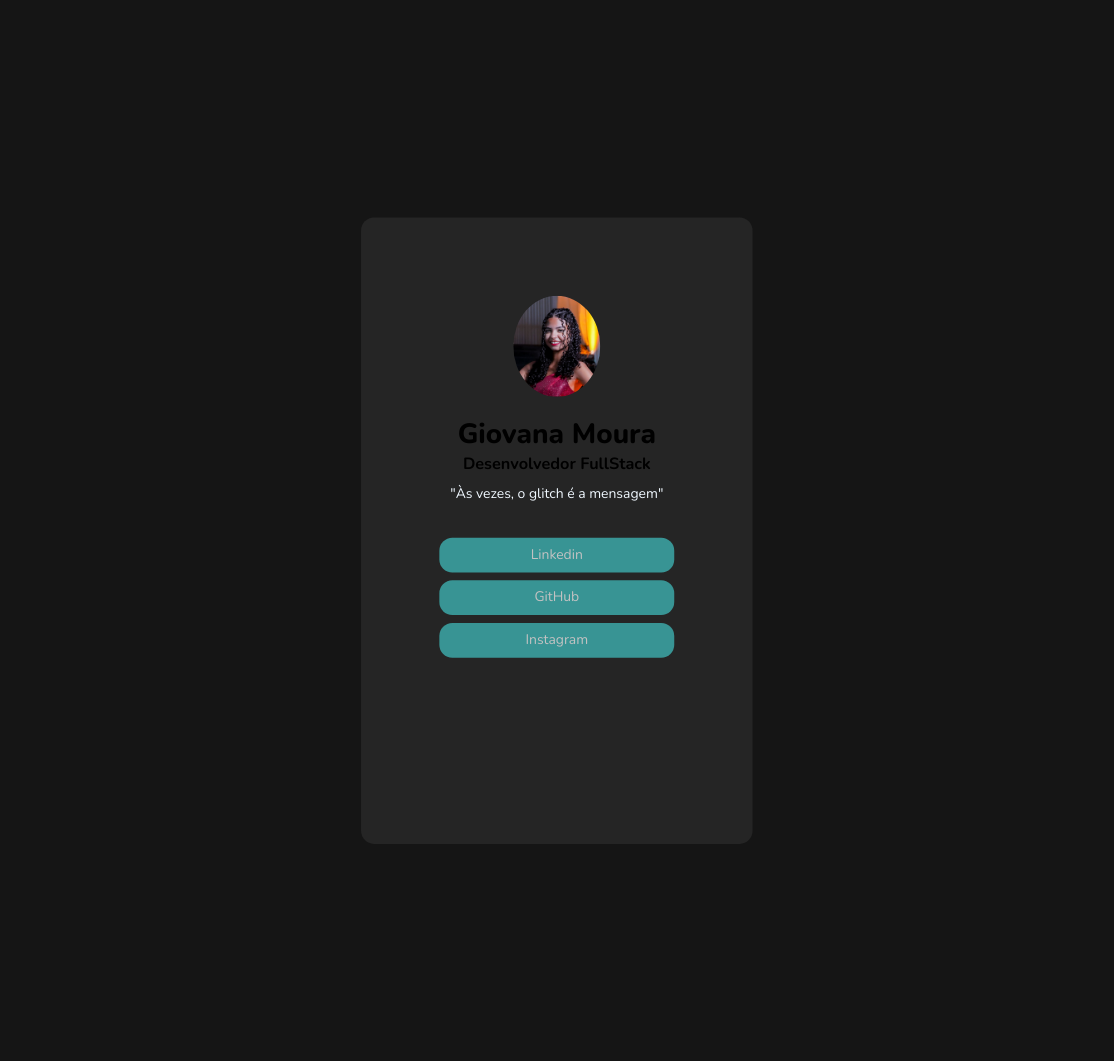
Repository: gimoli/linktree-giovana
Page: index.html
The author's editor kept a copy of each file at every save. The page is drawn from the files as they stood at one save, then again after a run of saves.
The browser window is 1280 px wide. The pictures show the whole page, at 87% of full size.

Above is the page before, as saved 2025-04-11 10:48:34.

### index.html
<!DOCTYPE html>
<html lang="en">
<head>
    <meta charset="UTF-8">
    <meta name="viewport" content="width=device-width, initial-scale=1.0">
    <title>linktree Giovana</title>
    <link rel="stylesheet" href="style.css">
    <link rel="preconnect" href="https://fonts.googleapis.com">
<link rel="preconnect" href="https://fonts.gstatic.com" crossorigin>
<link href="https://fonts.googleapis.com/css2?family=Nunito:ital,wght@0,200..1000;1,200..1000&display=swap" rel="stylesheet">
<link rel="stylesheet" type='text/css' href="https://cdn.jsdelivr.net/gh/devicons/devicon@latest/devicon.min.css" />
</head>
<body>
    <div class="container-main">
        <div class="container-imagem">
            <img src="./image-profile.jfif" alt="foto perfil"/>
        </div>
        <div class="container-infos">
            <h1>Giovana Moura</h1>
            <h3>Desenvolvedor FullStack</h3>
        </div>
        <div class="container-easter-egg">
            <p>"Às vezes, o glitch é a mensagem"</p>
        </div>
        <div class="container-social">
            <ul>
                <a href="https://www.linkedin.com/in/giovana-moura-3543032bb/" target="_blank" class="botao-linktree-1">
                     <li>
                        <i class="fa-brands fa-linkedin"></i>
                         <p>Linkedin</p>
                    </li>
                </a>

                <a href="https://github.com/gimoli" target="_blank" class="botao-linktree-2">
                     <li>
                        <i class="fa-brands fa-github"></i>
                        <p>GitHub</p>
                    </li>
                </a>
                <a href="https://www.instagram.com/gimoli_n?igsh=cTNvNDJ0M3owb3Vs&utm_source=qr" target="_blank" class="botao-linktree-3">
                     <li>
                        <i class="fa-brands fa-instagram"></i>
                        <p>Instagram</p>
                    </li>
                </a>
            </ul>
        </div>
    </div>
</body>
</html>

### style.css
*{
    font-family: "Nunito", sans-serif;
    margin: 0;
    padding: 0;
    box-sizing: border-box;
}

body {
    background-color: rgb(21, 21, 21);
}

.container-main {
    background-color: rgb(37, 37, 37);
    width: 450px;
    height: 720px;
    box-sizing: border-box;
    margin: 250px auto;
    padding: 90px;
    border-radius: 15px;
    text-align: center;
}

.container-imagem img{
    margin: 0 60px;
    width: 100px;
    border-radius: 100%;
}

.container-infos {
    margin-top: 15px;
    margin-bottom: 10px;
}

.container-infos h1 {
    font-weight: 800;
}

.container-infos h2{
  color: #e32363;
    margin-top: 10px;
    margin-bottom: px;
    font-weight: 600;
    font-size: 18px;
}

.container-easter-egg {
    margin-bottom: 15px;
    color: aliceblue;
}

.container-social ul{
    list-style-type: none;
}

.container-social a{
    text-decoration: none;
    color: rgb(194, 194, 194);
}

.container-social{
  margin-top: 40px;
}

.container-social li {
  di
  width: 280px;
  height: 40px;
  background-color: rgb(56, 148, 148);
  margin: 9px 0;
  padding: 8px 0;
  border-radius: 15px;
}

After the next 2 saves:
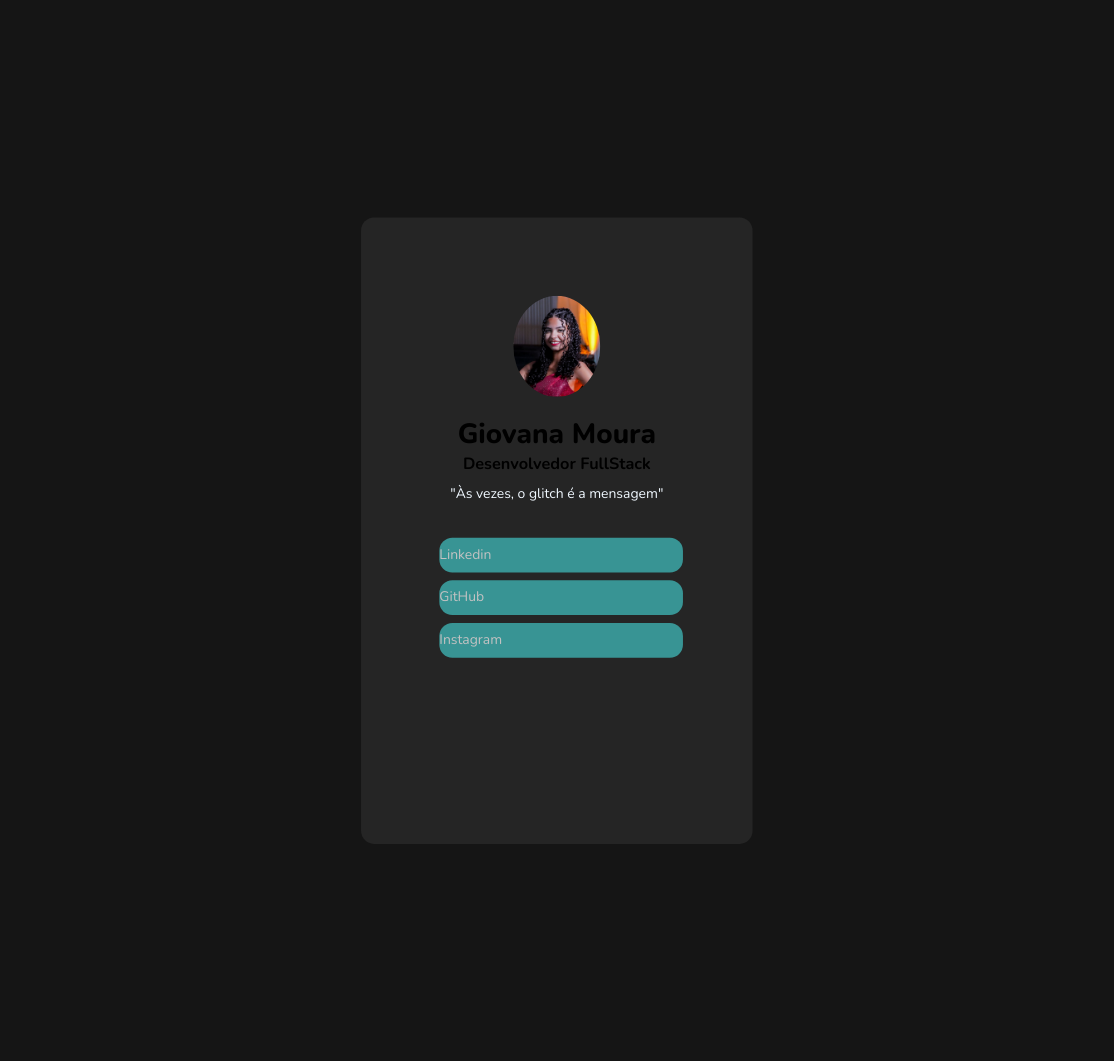
The 2 saves are shown as one change because they came seconds apart.
The last was saved 11 s later.
--- a/style.css
+++ b/style.css
@@ -62,7 +62,7 @@ body {
 }
 
 .container-social li {
-  di
+  display: flex;
   width: 280px;
   height: 40px;
   background-color: rgb(56, 148, 148);
